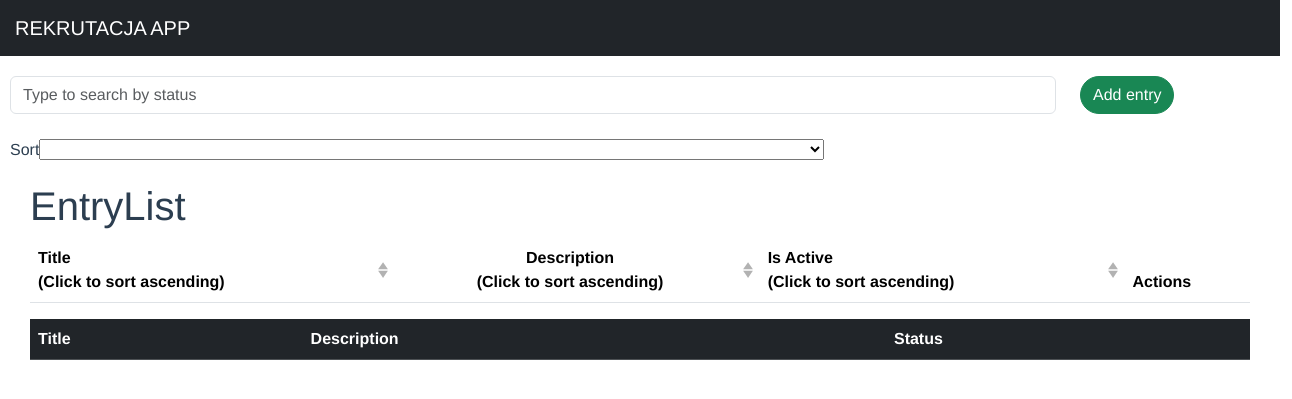
Repository: Madaless/vue_elastic
Page: / (app in vuejsapp/crudapp/)
These files come from the project's save history. The page is drawn as it stood at one moment and after the next save; the edit follows.
The browser window is 1280 px wide. The page is 1292 px wide, so the pictures cover 1292 px, including what lies to the right of the window. The pictures show the whole page.
The page's requests for data from a server got no answer. The project was rebuilt for these pictures with package versions that can differ from the ones it lists, and the page was loaded fresh each time. No one was signed in, and anything a server would have sent is missing.

Above is the page before, as saved 2021-09-12 19:49:25.

After the next save:
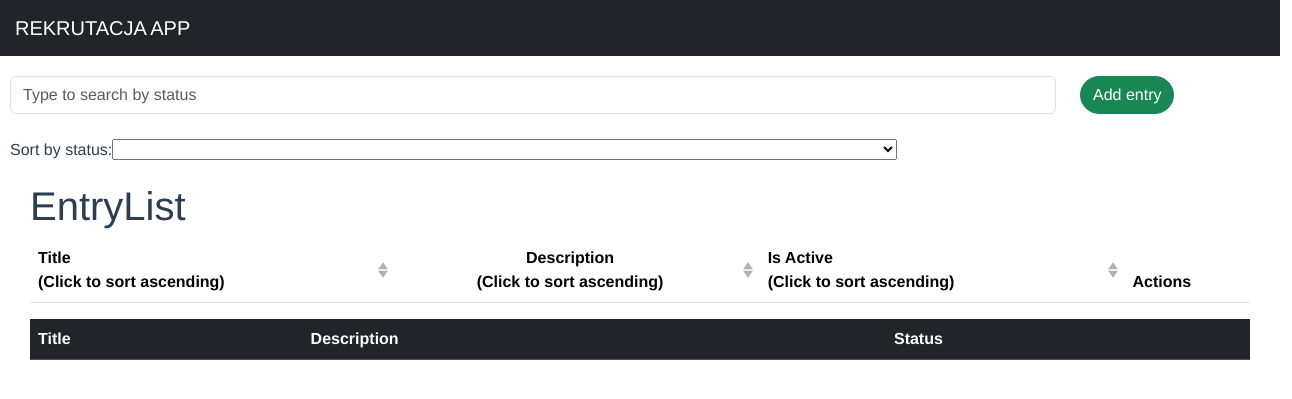
Saved 8 s later.
--- a/vuejsapp/crudapp/src/components/FilterEntry.vue
+++ b/vuejsapp/crudapp/src/components/FilterEntry.vue
@@ -37,7 +37,7 @@ export default {
   setup() {},
   data() {
     return {
-      Sort: "Sort ",
+      Sort: "Sort by status: ",
       sortOptions: ["no", "yes"],
     };
   },
